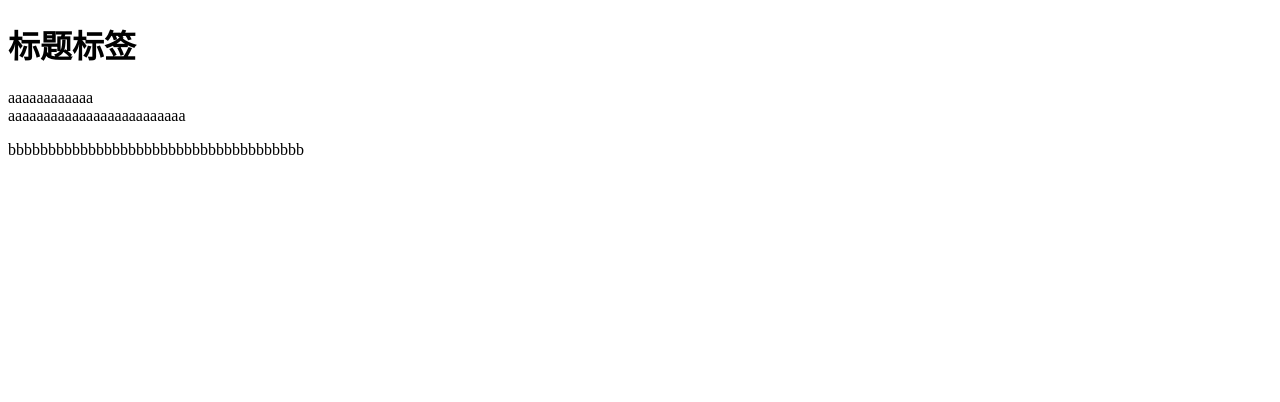
Repository: Qwenicq/My_project
Page: html/vscode_frist.htm
The author's editor kept a copy of each file at every save. The page is drawn from the files as they stood at one save, then again after the next save.
The browser window is 1280 px wide. The pictures show the whole page.

Above is the page before, as saved 2023-03-27 21:16:42.

After the next save:
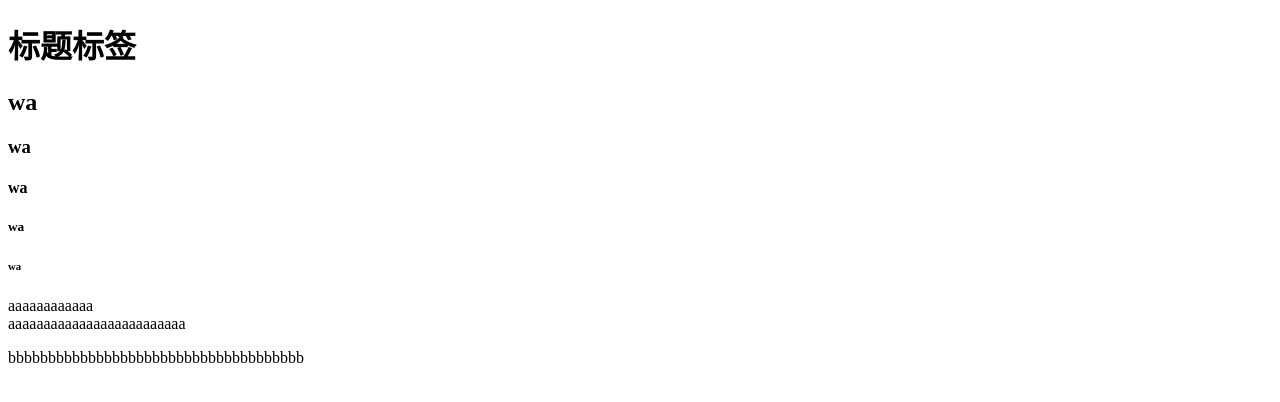
Saved 5 min 13 s later.
--- a/html/vscode_frist.htm
+++ b/html/vscode_frist.htm
@@ -8,6 +8,11 @@
 </head>
 <body>
     <h1>标题标签</h1>
+    <h2>wa</h2>
+    <h3>wa</h3>
+    <h4>wa</h4>
+    <h5>wa</h5>
+    <h6>wa</h6>
     <p>aaaaaaaaaaaa<br />aaaaaaaaaaaaaaaaaaaaaaaaa</p>
     <p>bbbbbbbbbbbbbbbbbbbbbbbbbbbbbbbbbbbbb</p>
 </body>
